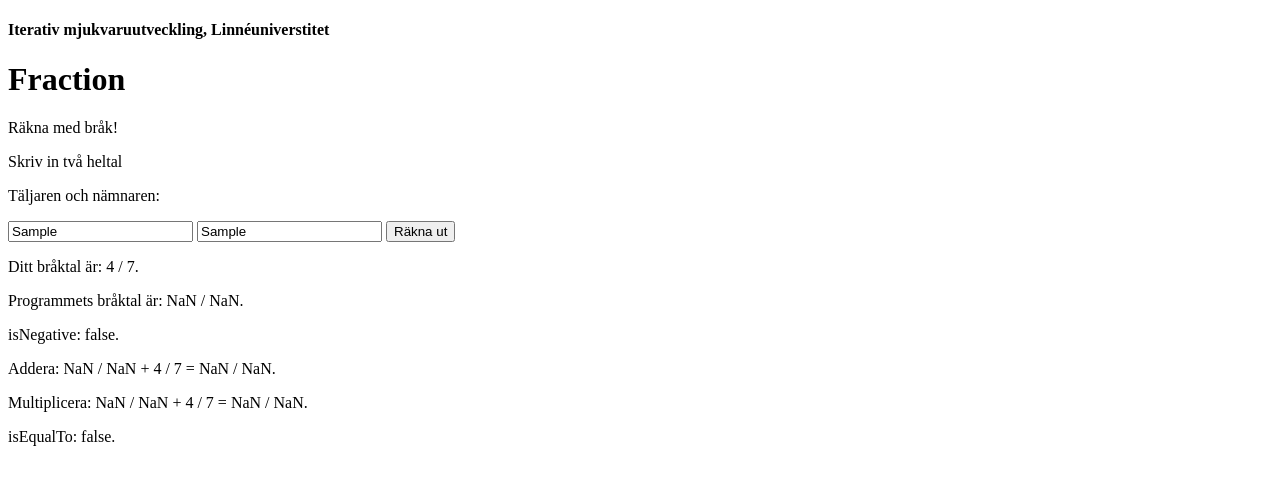
Repository: Holmewi/1dv404-jh222qr-laborationer
Page: Uppgift 3b/index.html
The author's editor kept a record of every edit. The page is drawn from the files as they stood at one moment, then again after the next edit.
The browser window is 1280 px wide. The pictures show the whole page.
Empty fields were first filled with sample values (such as "Sample", 5 or name@example.com).
After loading, the first visible `#submit` was clicked once.

Above is the page before.

After the next edit:
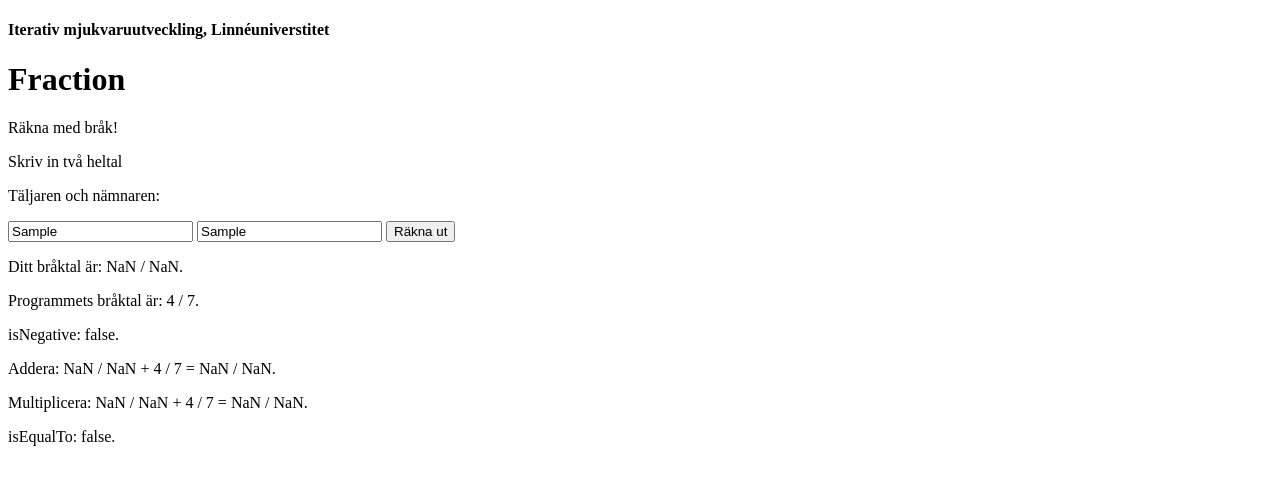
The edit:
--- a/Uppgift 3b/fraction.js
+++ b/Uppgift 3b/fraction.js
@@ -82,8 +82,8 @@
 submit.addEventListener("click", function(evt){
     evt.preventDefault();
     var newFraction = new Fraction(+numerator.value, +dominator.value);
-    p.innerHTML += "<p>Ditt bråktal är: " + testFraction.toString() + ".</p>";
-    p.innerHTML += "<p>Programmets bråktal är: " + newFraction.toString() + ".</p>";
+    p.innerHTML += "<p>Ditt bråktal är: " + newFraction.toString() + ".</p>";
+    p.innerHTML += "<p>Programmets bråktal är: " + testFraction.toString() + ".</p>";
     p.innerHTML += "<p>isNegative: " + newFraction.isNegative() + ".</p>";
 
     var addedFraction = newFraction.add(testFraction);
